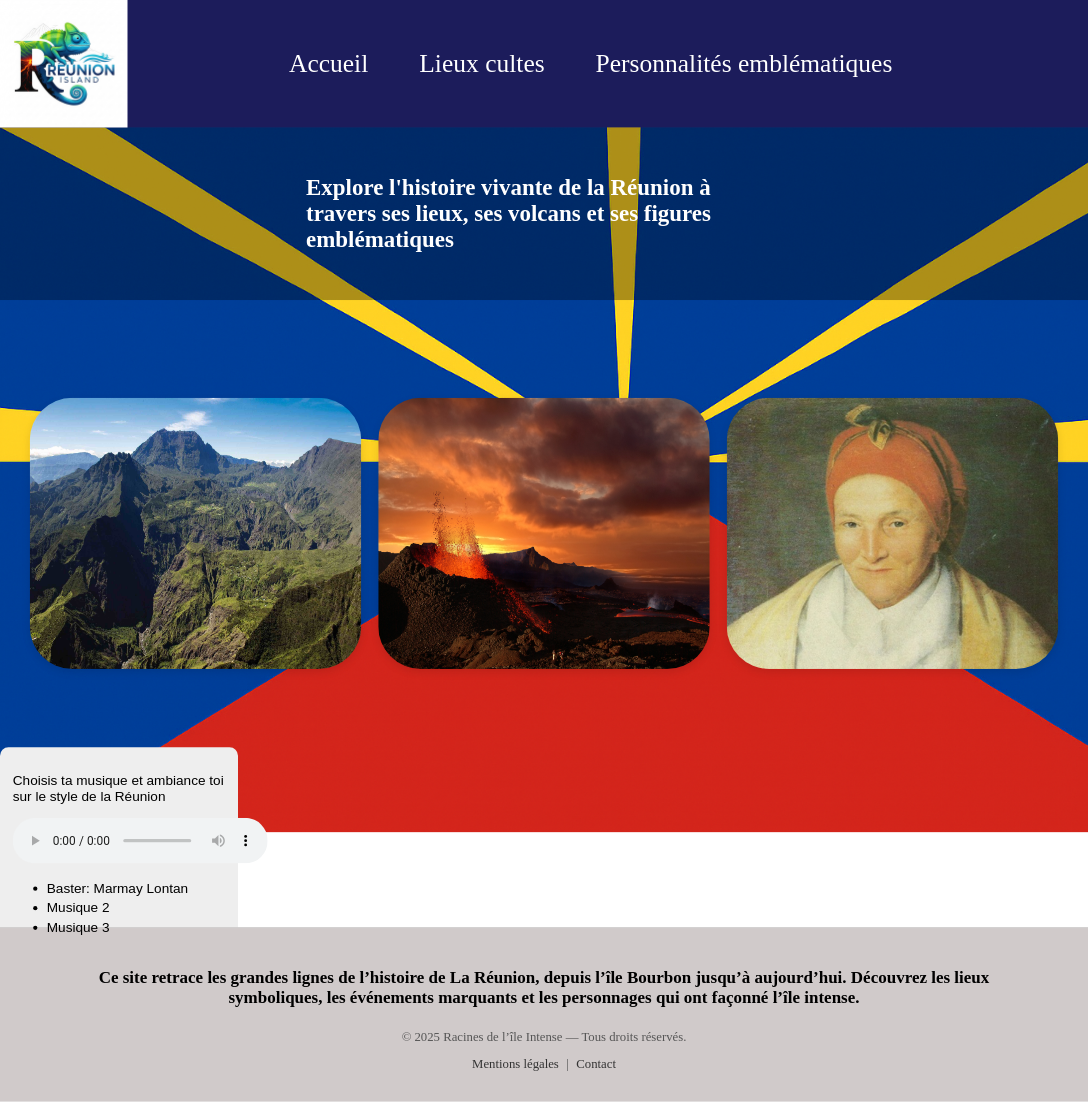
Repository: racinesintense974/Racines-de-lile-intense
Page: index.html
The author's editor kept a copy of each file at every save. The page is drawn from the files as they stood at one save, then again after the next save.
The browser window is 1280 px wide. The pictures show the whole page, at 85% of full size.

Above is the page before, as saved 2026-02-19 16:46:14.

### index.html
<!DOCTYPE html>
<html lang="fr">
<head>
    <meta charset="UTF-8">
    <meta name="viewport" content="width=device-width, initial-scale=1.0">
    <title>Racines - L'histoire de l'île intense</title>
<link rel="stylesheet" href="css/style.css">
<style>
.player{
  background:#eee;
  padding:15px;
  width:250px;
  border-radius:10px;
  font-family:Arial;
}
li{
  cursor:pointer;
  margin:5px 0;
}
li:hover{
  color:green;
}
</style>
</head>


<body>
    <section class="top-page">
        <header class="header">
            <img src="image/logo22.png" alt="logo du site">
        <nav class="nav">
    <ul class="menu">
        <li><a href="index.html">Accueil</a></li>

        <li class="dropdown">
            <a href="#">Lieux cultes</a>
            <ul class="submenu">
                <li><a href="mafate.html">Mafate</a></li>
                <li><a href="cilaos.html">Cilaos</a></li>
                <li><a href="volcans.html">Les volcans</a></li>
            </ul>
        </li>

         <li class="dropdown">
        <a href="#">Personnalités emblématiques</a>
            <ul class="submenu">
                <li><a href="olivier-levasseur.html">Olivier Levasseur</a></li>
                <li><a href="Desbassayns.html">Madame Desbassayns</a></li>
                <li><a href="Garros.html">Rolland Garros</a></li>
            </ul>
        </li>
    </ul>
</nav>

        </header>


        <div class="landing-page">
        <h1 class="big-title">Explore l'histoire vivante de la Réunion à travers ses lieux, ses volcans et ses figures emblématiques</h1>
        </div>

        <div class="conteneur-central">
<section class="galerie-images">
  <img src="image/mafate.jpg" alt="Image 1">
  <img src="image/volcan.jpeg" alt="Image 2">
  <img src="image/desbassyns.png" alt="Image 3">
</section>
</div>

<div class="player">
  <p id="titre">Choisis ta musique et ambiance toi sur le style de la Réunion</p>

  <audio id="audio" controls></audio>

  <ul>
    <li onclick="playMusic('BASTER - Marmay Lontan.mp3','Baster: Marmay Lontan')">Baster: Marmay Lontan</li>
    <li onclick="playMusic('musique2.mp3','Musique 2')">Musique 2</li>
    <li onclick="playMusic('musique3.mp3','Musique 3')">Musique 3</li>
  </ul>
</div>

<script>
function playMusic(src,name){
  const audio=document.getElementById("audio");
  document.getElementById("titre").textContent=name;
  audio.src=src;
  audio.play();
}
</script>


   <footer class="footer">
    <h1 class="big-title2">Ce site retrace les grandes lignes de l’histoire de La Réunion, depuis l’île Bourbon jusqu’à aujourd’hui. Découvrez les lieux symboliques, les événements marquants et les personnages qui ont façonné l’île intense.</h1>
  <p>&copy; 2025 Racines de l’île Intense — Tous droits réservés.</p>
  <p><a href="mentions-legales.html">Mentions légales</a> | <a href="contact.html">Contact</a></p>
</footer>

    </section>

</body>
</html>

### css/style.css

*

body {
    margin: 0 auto;

}

header.header {
    display: flex;
    align-items: center;
    background-color: rgb(28, 28, 91);                    /* Entête */
    margin: 0;

}

header.header img {
    width: 150px;
}






section.top-page {
    background: url('../image/gptidr2.png');
    background-size: cover;
    height: 136vh;
    padding: 0px;
}
/* page de bienvenue (landing page) */
.big-title {
    color: rgb(255, 255, 255);
    font-size: 27px;
    padding: 55px 360px;
    background-color: rgba(0, 0, 0, 0.323);
    margin-top: 0;



}
html, body {
  height: 100%;           /* Nécessaire pour que le conteneur remplisse l'écran */
  margin: 0;
  padding: 0;
}

.conteneur-central {
  display: flex;
  justify-content: center;      /* centre horizontalement */
  align-items: center;          /* centre verticalement */
  height: 70vh;                /* 100% de la hauteur de l'écran */
}

/* La galerie contient les images */
.galerie-images {
  display: flex;
  gap: 20px;
  flex-wrap: wrap;
  justify-content: center;
}

.galerie-images img {
  width: 390px;
  height: auto;
  border-radius: 50px;
  box-shadow: 0 4px 10px rgba(0, 0, 0, 0.1);
  transition: transform 0.3s ease;
}

.galerie-images img:hover {
  transform: scale(1.05);
}

.big-title2 {
    color: black;
    font-size: 20px;
    padding: 10px 50px;
}
/* Sous-page */
.footer {
    width: 100%;
  background-color: #d0caca;
  padding: 20px;
  text-align: center;
  font-size: 15px;
  color: #555;
  border-top: 1px solid #ccc;
  margin-top: -40px;
   box-sizing: border-box;

}

.footer a {
  color: #333;
  text-decoration: none;
  margin: 0 5px;
}

.footer a:hover {
  text-decoration: underline;
}


/* menu de navigation */

nav.nav {
    display: flex;
    justify-content: space-between;
    list-style: none;
    width: 970px;
    margin-left: 180px;
font-size: 30px;
}


nav.nav li {
    color: white;
}



/* ===== MENU DEROULANT LIEUX-CULTES ===== */

nav.nav ul.menu {
    list-style: none;
    display: flex;
    gap: 40px;           /* espace entre les éléments */
    margin: 0;
    padding: 0;
}

nav.nav ul.menu > li {
    position: relative;
}

nav.nav ul.menu a {
    text-decoration: none;
    color: white;
    font-size: 30px;
    padding: 10px;
}

/* Sous-menu caché */
.submenu {
    list-style: none;
    padding: 0;
    margin: 0;
    position: absolute;
    background: rgb(12, 16, 70);
    border-radius: 5px;
    border: 1px solid black;
    display: none;
    min-width: 180px;
    z-index: 10;
}

/* Liens du sous-menu */
.submenu li a {
    color: black;
    padding: 10px;
    display: block;
    font-size: 20px;
}

/* Apparition au survol */
.dropdown:hover .submenu {
    display: block;
}

/* Effet hover */
.submenu li a:hover {
    background-color: #a01212;
}

After the next save:
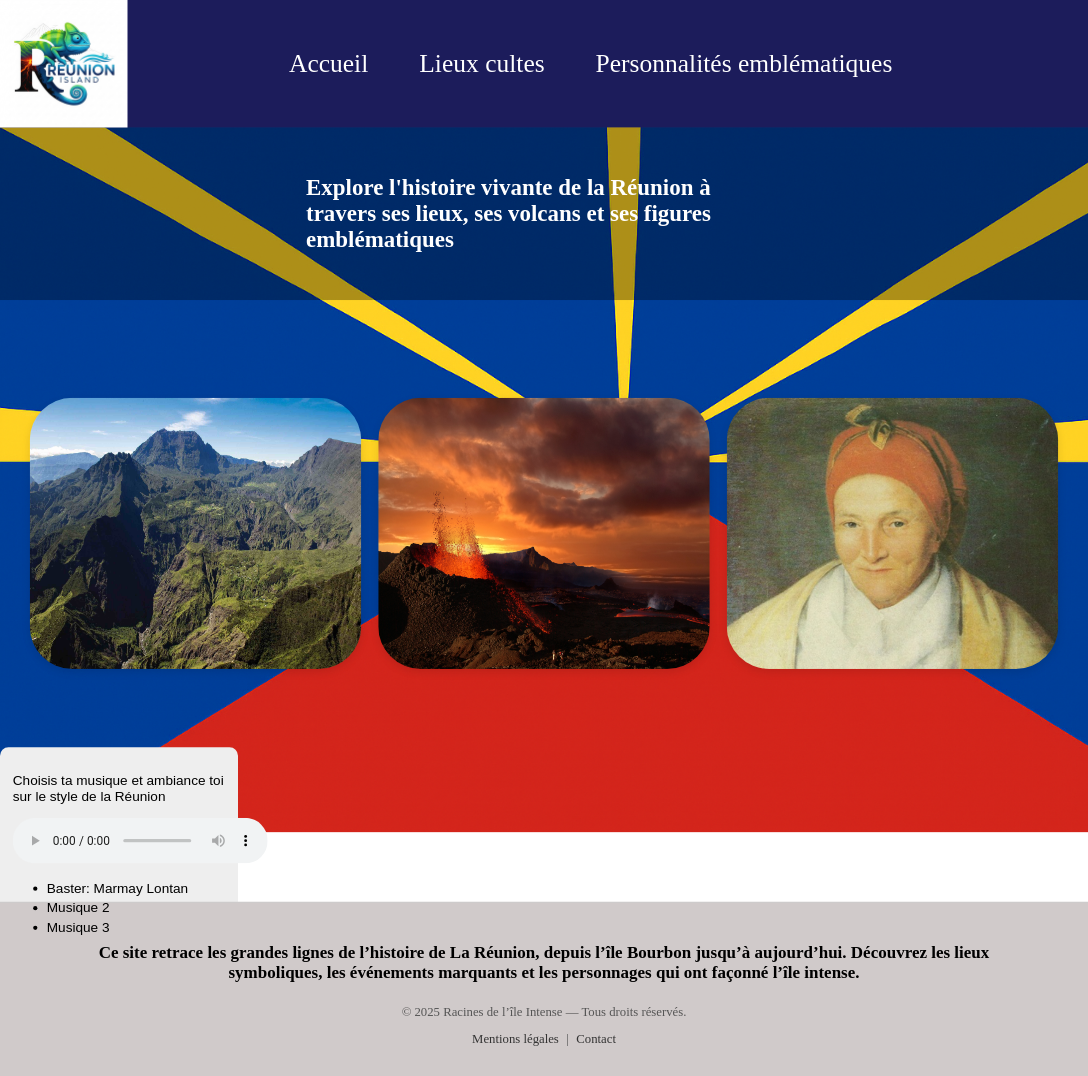
Saved 6 s later.
--- a/css/style.css
+++ b/css/style.css
@@ -87,7 +87,7 @@ html, body {
   font-size: 15px;
   color: #555;
   border-top: 1px solid #ccc;
-  margin-top: -40px;
+  margin-top: -70px;
    box-sizing: border-box;
 
 }
